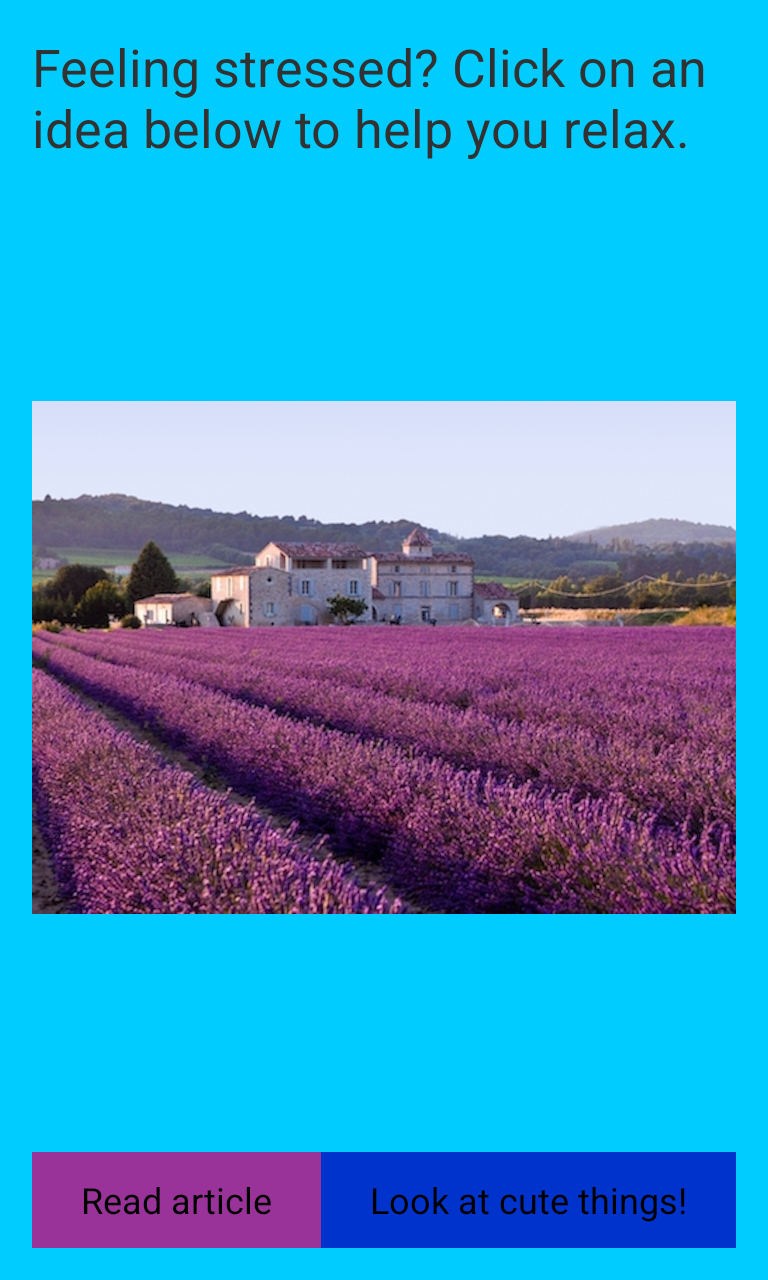
Repository: LSummers33/Apps101
Layout: Self-Care/res/layout/activity_main.xml
The author's editor kept a copy of each file at every save. The layout is drawn from the files as they stood at one save, then again after the next save.
It is drawn on a 768 x 1280 px phone screen (xhdpi) without system bars, with theme AppTheme; the app's code is not run.

Above is the layout before, as saved 2014-01-26 21:46:34.

After the next save:
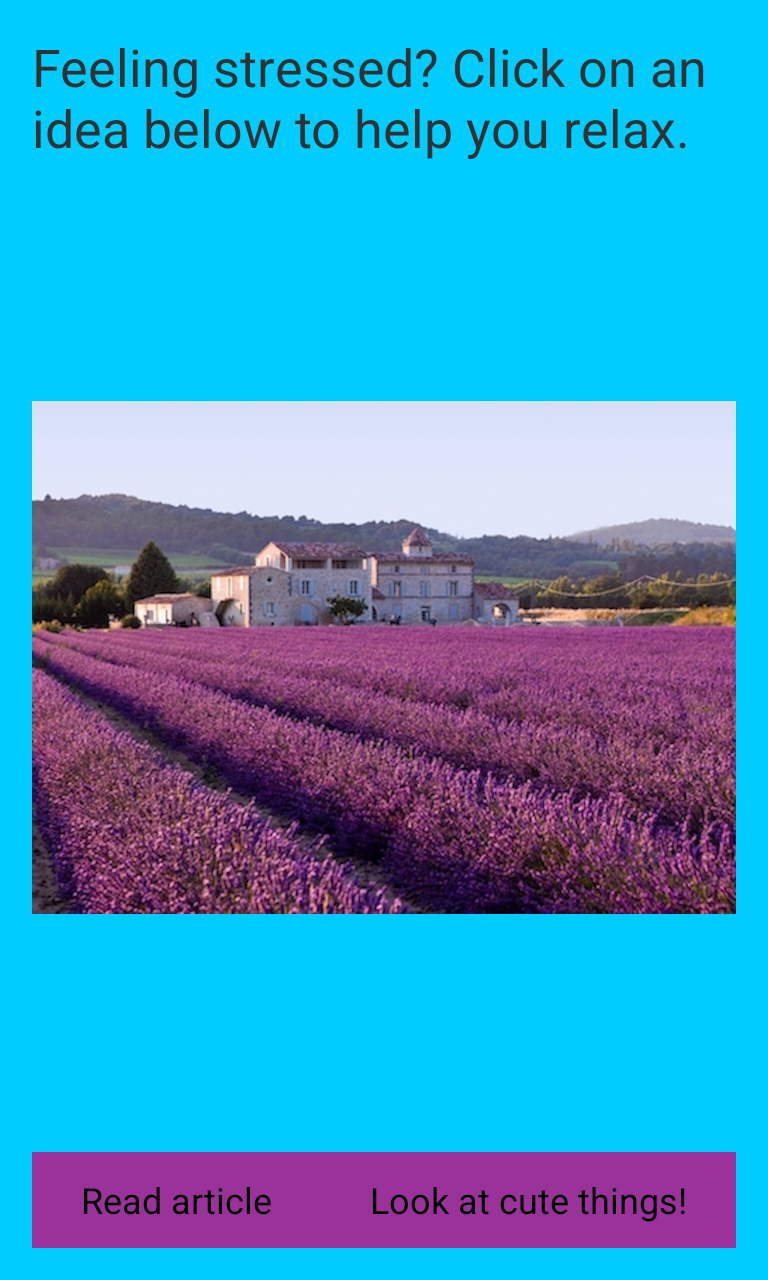
Saved 11 s later.
--- a/Self-Care/res/layout/activity_main.xml
+++ b/Self-Care/res/layout/activity_main.xml
@@ -46,7 +46,7 @@
         android:layout_width="wrap_content"
         android:layout_height="wrap_content"
         android:layout_weight="1"
-        android:background="#0033CC"
+        android:background="#993399"
         android:onClick="cute_pics"
         android:text="@string/button2" />
 
